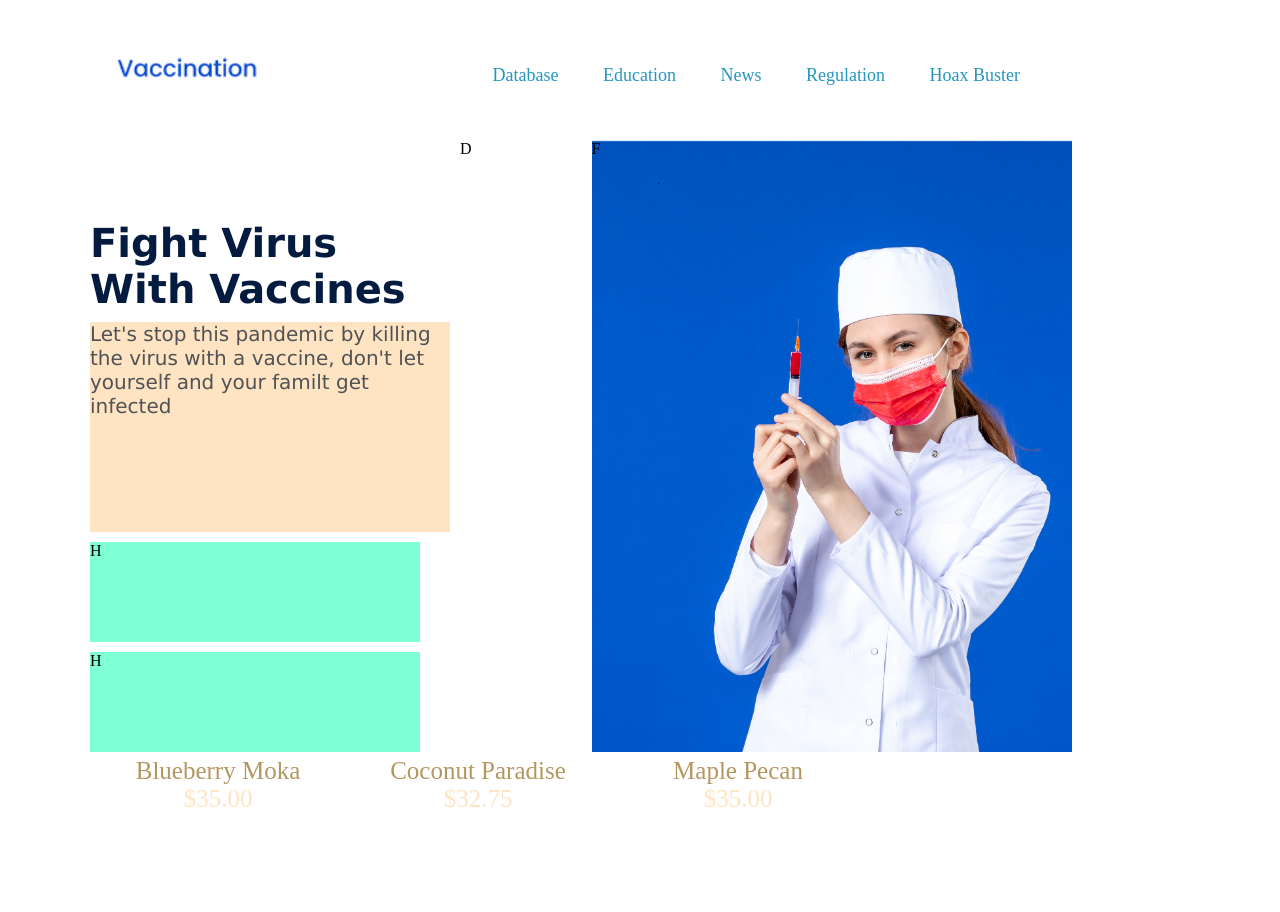
Repository: roge64/cssfrontend
Page: index.html
An editor plug-in stored every save of this project. The page is shown before and after the next save, followed by the edit.
The browser window is 1280 px wide. The pictures show the part of the page from y = 0 to 912 px (the page is 2228 px tall).
A picture or video elsewhere on the page could not be fetched, so the positions and the page height are approximate.

Above is the page before, as saved 2022-03-10 12:40:20.

After the next save:
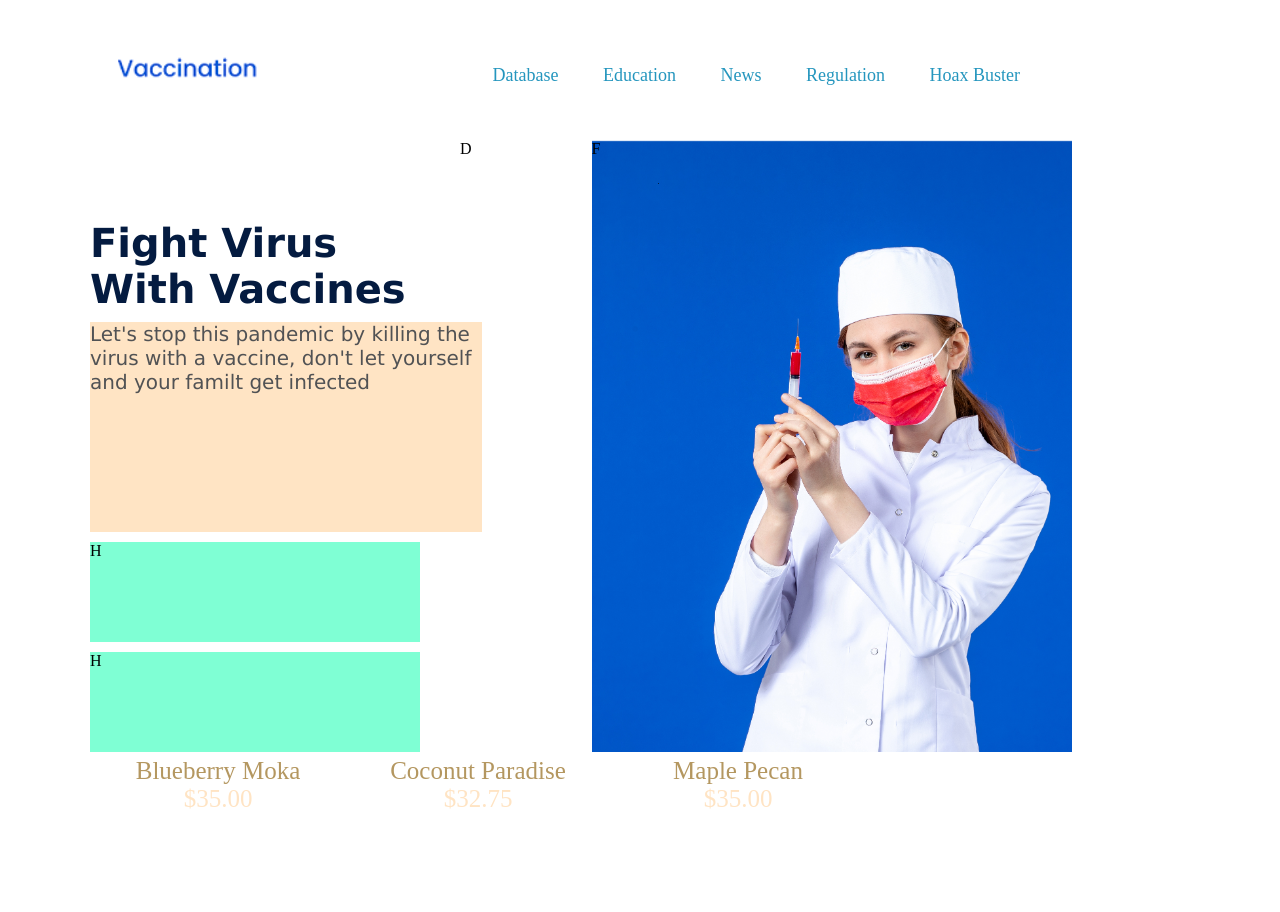
Saved 9 s later.
--- a/estilos/estilos.css
+++ b/estilos/estilos.css
@@ -286,7 +286,7 @@
 
   }
   .g {
-    grid-column: 1 / 38;
+    grid-column: 1 / 40;
     grid-row: 2 / 4;
     margin-top: 20;
     background-color:bisque;
